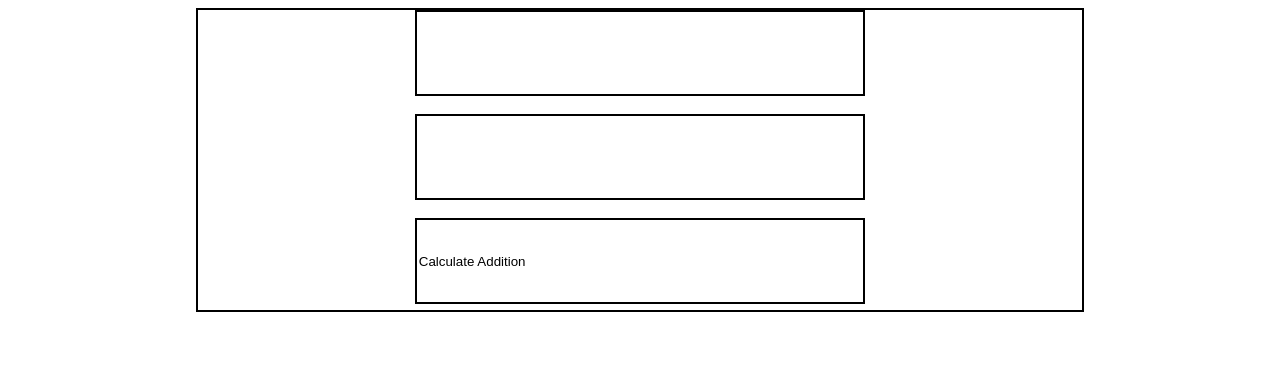
Repository: KiranNaikwadi/JSP
Page: http://localhost/Program/Add.jsp
These files come from the project's save history. The page is drawn as it stood at one moment and after the next save; the edit follows.
The browser window is 1280 px wide. The pictures show the whole page.
The page is served by Tomcat 9.

Above is the page before, as saved 2024-04-06 04:48:03.

### Program/src/main/webapp/Add.jsp
<%@ page language="java" contentType="text/html; charset=UTF-8"
    pageEncoding="UTF-8"%>
<!DOCTYPE html>
<html>
<head>
<meta charset="UTF-8">
<title>Insert title here</title>
<style>
input{
height:80px;
width:50%;
border: 2px solid black;
}
form{
border:2px solid black;
height:300px;
width:70%;
}
</style>
</head>
<body>
<%!
int a,b,c;
%>
<center>
<form name='frm' action='' method='get'>
<input type='text' name='first' value=''><br><br>
<input type='text' name='second' value=''><br><br>
<input type='text' name='s' value='Calculate Addition'>
</center>
</form>
<%
String btn=request.getParameter("s");
if(btn!=null){
	a=Integer.parseInt(request.getParameter("first"));
	b=Integer.parseInt(request.getParameter("second"));
	c=a+b;
	out.println("<h1>Addition is +c </h1>");

}
%>
</body>
</html>

After the next save:
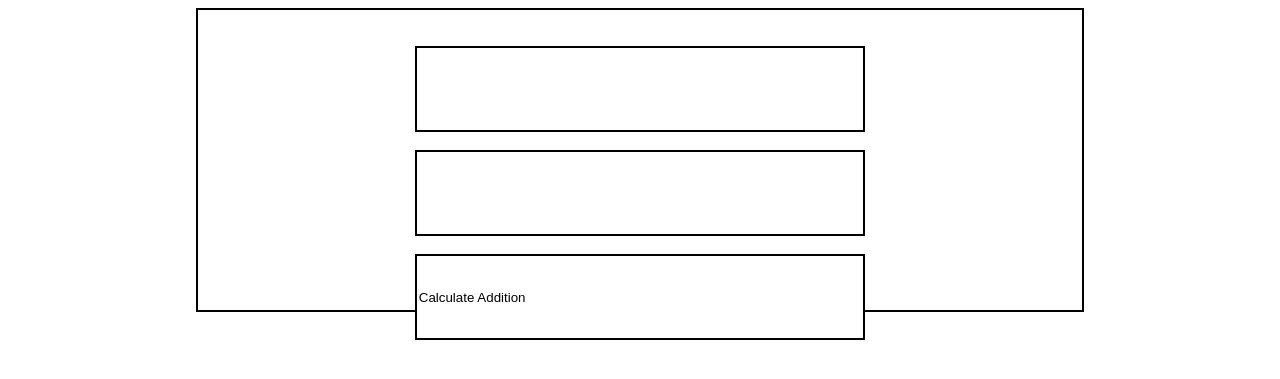
Saved 22 s later.
--- a/Program/src/main/webapp/Add.jsp
+++ b/Program/src/main/webapp/Add.jsp
@@ -23,7 +23,7 @@ width:70%;
 int a,b,c;
 %>
 <center>
-<form name='frm' action='' method='get'>
+<form name='frm' action='' method='get'><br><br>
 <input type='text' name='first' value=''><br><br>
 <input type='text' name='second' value=''><br><br>
 <input type='text' name='s' value='Calculate Addition'>
